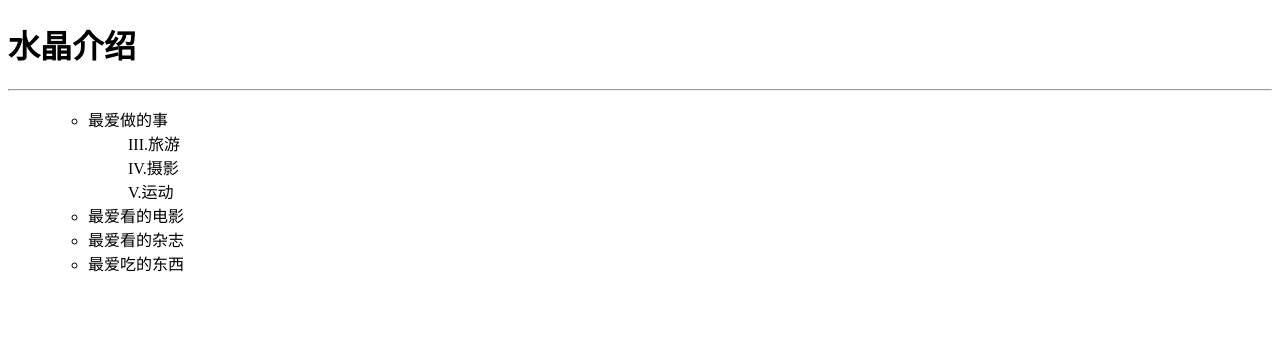
Repository: kirtonew/Compeititon2022-1
Page: node/新媒体设计/1.2/test2.html
An editor plug-in stored every save of this project. The page is shown before and after the next save, followed by the edit.
The browser window is 1280 px wide. The pictures show the whole page.

Above is the page before, as saved 2022-09-05 14:45:26.

After the next save:
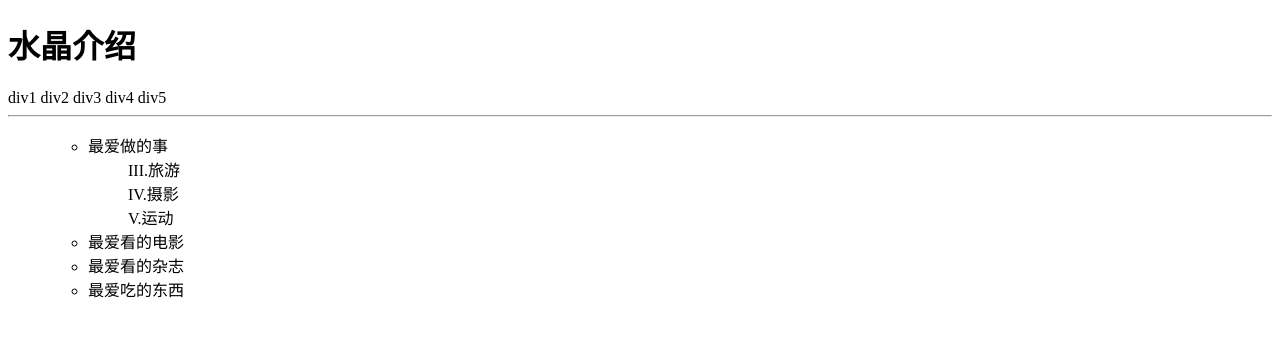
Saved 45 s later.
--- a/node/新媒体设计/1.2/test2.html
+++ b/node/新媒体设计/1.2/test2.html
@@ -5,7 +5,14 @@
 </head>
 <body>
     <h1>水晶介绍</h1>
+    <div id="wrap">
+        <div id="div1">div1</div>
+        <div id="div2">div2</div>
+        <div id="div3">div3</div>
+        <div id="div4">div4</div>
+        <div id="div5">div5</div>
 
+    </div>
 <hr></hr>
     <ul>
         <ul type = 'circle'>
